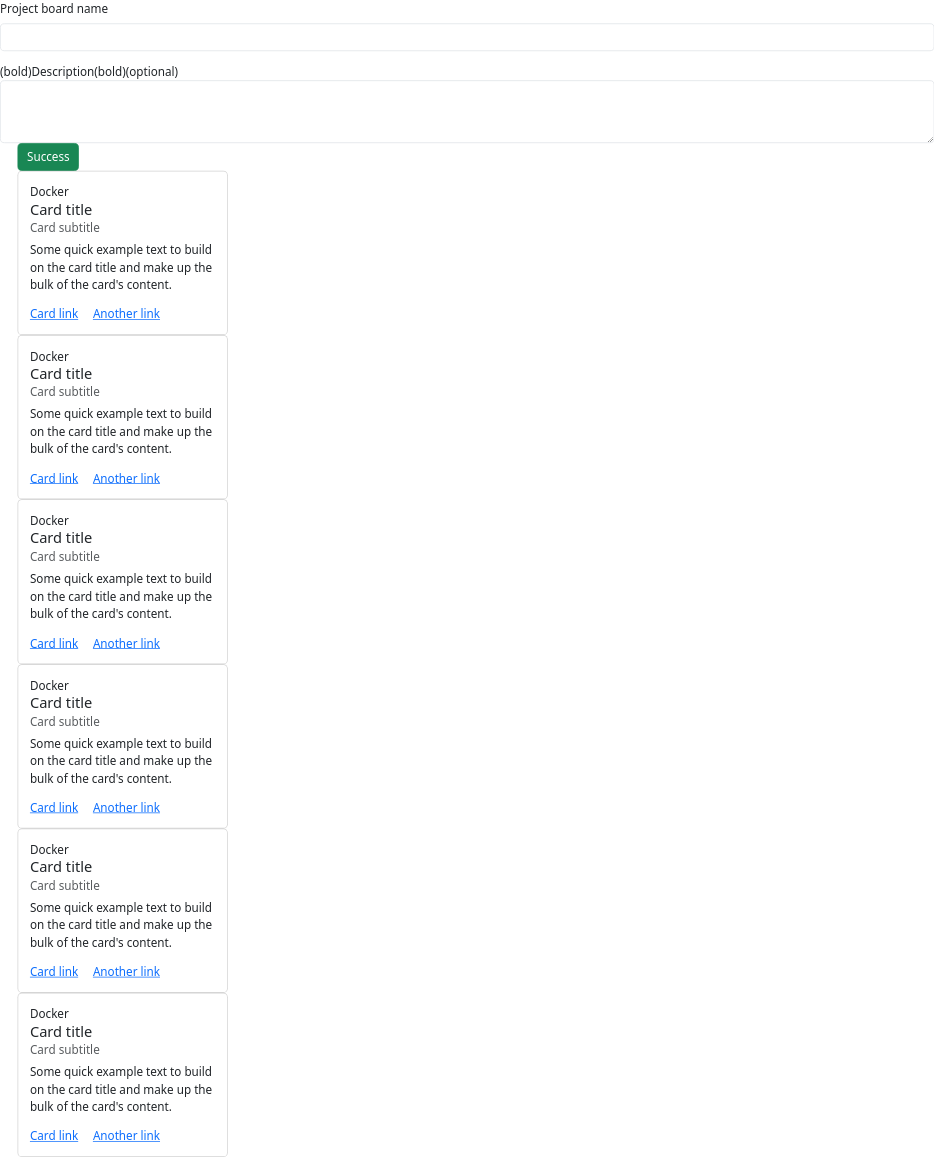
Repository: NSS-Evening-25-Cohort/e25-gitsub-control-alt-defeat
Page: index.html
These files come from the project's save history. The page is drawn as it stood at one moment and after the next save; the edit follows.
The browser window is 1280 px wide. The pictures show the whole page, at 73% of full size.

Above is the page before, as saved 2023-11-06 21:16:48.

### index.html
<!DOCTYPE html>
<html lang="en">
  <head>
    <meta charset="UTF-8" />
    <meta name="viewport" content="width=device-width, initial-scale=1.0" />
    <link
      rel="stylesheet"
      href="https://cdn.jsdelivr.net/npm/bootstrap@5.3.2/dist/css/bootstrap.min.css"
    />
    <link rel="stylesheet" href="main.css" />
    <title>Document</title>
  </head>
  <body>
    <form>
      <div class="mb-3">
        <label for="exampleInputEmail1" class="form-label">Project board name</label>
        <input type="email" class="form-control" id="exampleInputEmail1" aria-describedby="emailHelp">
      </div>
      <div class="form-group">
        <label for="exampleFormControlTextarea1">(bold)Description(bold)(optional)</label>
        <textarea class="form-control" id="exampleFormControlTextarea1" rows="3"></textarea>
      </div>
      </div>
      <div class="mb-3 form-check">
        <button type="button" class="btn btn-success">Success</button>
    </form>
    <div id="app1"></div>
    <div id="app2"></div>

    <script src="	https://cdn.jsdelivr.net/npm/bootstrap@5.3.2/dist/js/bootstrap.bundle.min.js"></script>
    <script src="main.js"></script>
  </body>
</html>

### main.css
/* body {
  background-color: black;
} */

### main.js
const packageCards =[
  {
    id: 1,
    name: "Docker",
    info: "A software platform used for building applications based on containers small and lightweight execution environments",
  },
  {
    id: 2,
    name: "Docker",
    info: "A software platform used for building applications based on containers small and lightweight execution environments"
  },
  {
    id: 3,
    name: "Docker",
    info: "A software platform used for building applications based on containers small and lightweight execution environments"
  },
  {
    id: 4,
    img: "image",
    name: "Docker",
    info: "A software platform used for building applications based on containers small and lightweight execution environments"
  },
  {
    id: 5,
    img: "image",
    name: "Docker",
    info: "A software platform used for building applications based on containers small and lightweight execution environments"
  },
  {
    id: 6,
    img: "image",
    name: "Docker",
    info: "A software platform used for building applications based on containers small and lightweight execution environments"
  },
];

const app1 = document.querySelector("#app1")
const app2 = document.querySelector("#app2")

const renderToDom = (packageCards) =>{

  let domString = "";

  for(let card of packageCards){
    domString += `<div class="card" style="width: 18rem;">
    <div class="card-body"> ${card.name}
      <h5 class="card-title">Card title</h5>
      <h6 class="card-subtitle mb-2 text-body-secondary">Card subtitle</h6>
      <p class="card-text">Some quick example text to build on the card title and make up the bulk of the card's content.</p>
      <a href="#" class="card-link">Card link</a>
      <a href="#" class="card-link">Another link</a>
    </div>
  </div>`
  }
  const app1 = document.querySelector("#app1")
  app1.innerHTML = domString
}
renderToDom(packageCards)

After the next save:
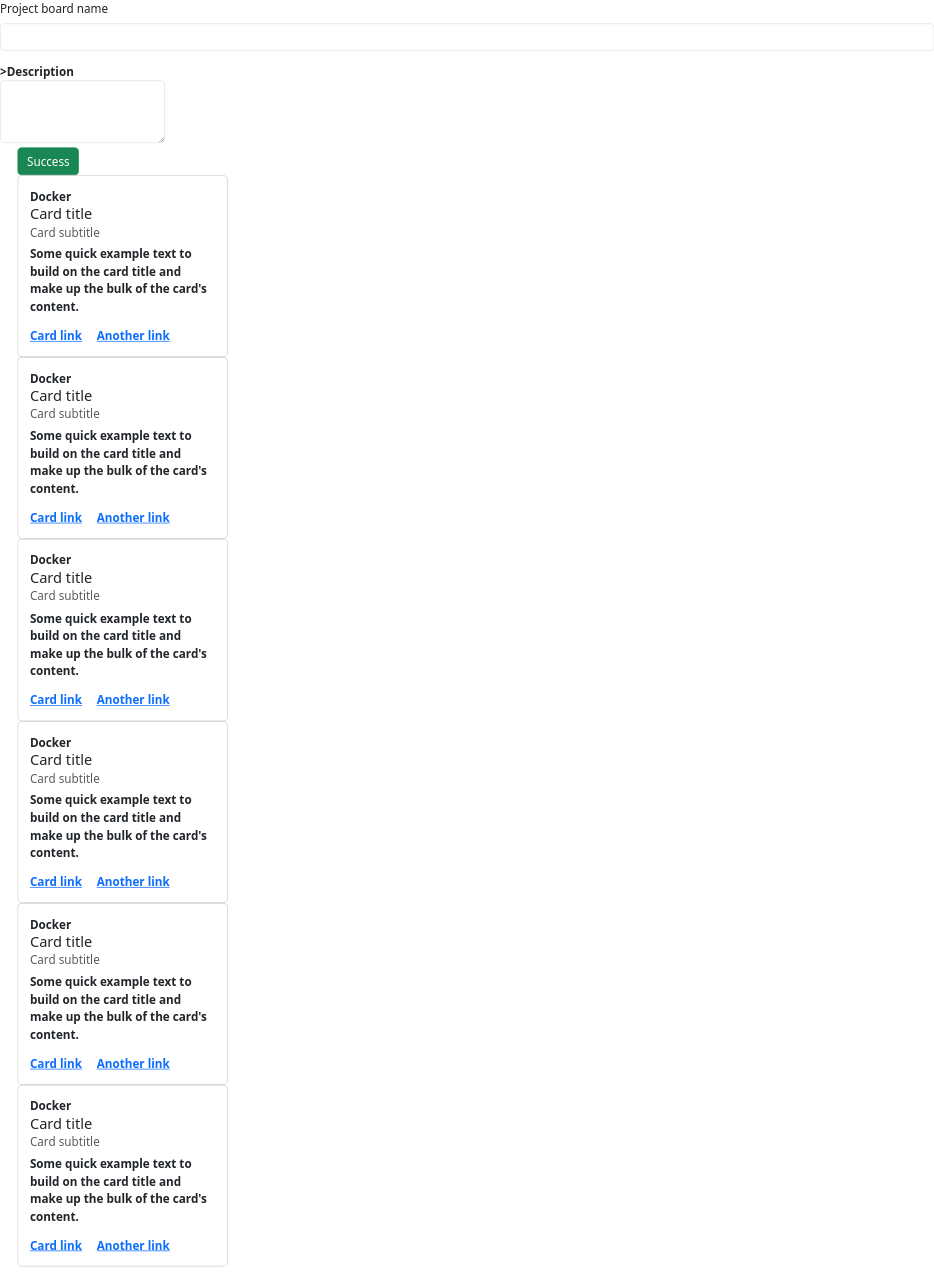
Saved 3 s later.
--- a/index.html
+++ b/index.html
@@ -17,7 +17,7 @@
         <input type="email" class="form-control" id="exampleInputEmail1" aria-describedby="emailHelp">
       </div>
       <div class="form-group">
-        <label for="exampleFormControlTextarea1">(bold)Description(bold)(optional)</label>
+        <label for="exampleFormControlTextarea1"><B>>Description</B(optional)</label>
         <textarea class="form-control" id="exampleFormControlTextarea1" rows="3"></textarea>
       </div>
       </div>
